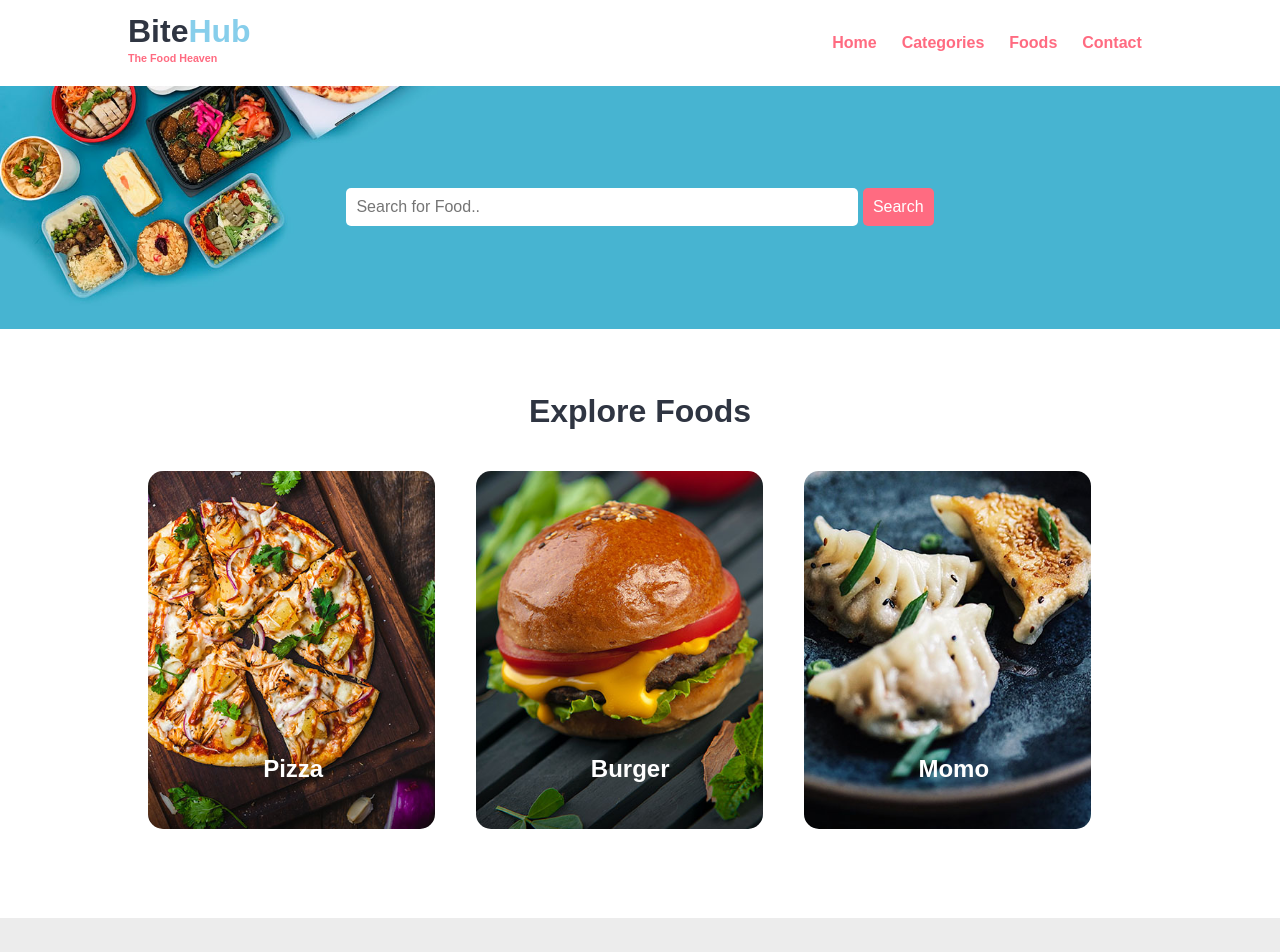
Repository: Saviour-Dagadu/food-order-front
Page: index.html
An editor plug-in stored every save of this project. The page is shown before and after the next save, followed by the edit.
The browser window is 1280 px wide. The pictures show the part of the page from y = 0 to 952 px (the page is 2170 px tall).
A picture or video elsewhere on the page could not be fetched, so the positions and the page height are approximate.

Above is the page before, as saved 2024-05-16 11:17:05.

### index.html
<!DOCTYPE html>
<html lang="en">
<head>
    <meta charset="UTF-8">
    <!-- Important to make website responsive -->
    <meta name="viewport" content="width=device-width, initial-scale=1.0">
    <title>Restaurant Website</title>

    <!-- Link our CSS file -->
    <link rel="stylesheet" href="css/style.css">
</head>

<body>
    <!-- Navbar Section Starts Here -->
    <section class="navbar">
        <div class="container">
            <div class="logo">
                <a href="#" title="Logo">
                    <h2>Bite<span>Hub</span></h2><h6><span>The Food Heaven</span></h6>
                    <!-- <img src="images/logo.png" alt="Restaurant Logo" class="img-responsive"> -->
                </a>
            </div>

            <div class="menu text-right">
                <ul>
                    <li>
                        <a href="index.html">Home</a>
                    </li>
                    <li>
                        <a href="categories.html">Categories</a>
                    </li>
                    <li>
                        <a href="foods.html">Foods</a>
                    </li>
                    <li>
                        <a href="contact.html">Contact</a>
                    </li>
                </ul>
            </div>

            <div class="clearfix"></div>
        </div>
    </section>
    <!-- Navbar Section Ends Here -->

    <!-- fOOD sEARCH Section Starts Here -->
    <section class="food-search text-center">
        <div class="container">

            <form action="underConstruction.html" method="POST">
                <input type="search" name="search" placeholder="Search for Food.." required>
                <input type="submit" name="submit" value="Search" class="btn btn-primary">
            </form>

        </div>
    </section>
    <!-- fOOD sEARCH Section Ends Here -->

    <!-- CAtegories Section Starts Here -->
    <section class="categories">
        <div class="container">
            <h2 class="text-center">Explore Foods</h2>

            <a href="category-foods.html">
            <div class="box-3 float-container">
                <img src="images/pizza.jpg" alt="Pizza" class="img-responsive img-curve">

                <h3 class="float-text text-white">Pizza</h3>
            </div>
            </a>

            <a href="#">
            <div class="box-3 float-container">
                <img src="images/burger.jpg" alt="Burger" class="img-responsive img-curve">

                <h3 class="float-text text-white">Burger</h3>
            </div>
            </a>

            <a href="#">
            <div class="box-3 float-container">
                <img src="images/momo.jpg" alt="Momo" class="img-responsive img-curve">

                <h3 class="float-text text-white">Momo</h3>
            </div>
            </a>

            <div class="clearfix"></div>
        </div>
    </section>
    <!-- Categories Section Ends Here -->

    <!-- fOOD MEnu Section Starts Here -->
    <section class="food-menu">
        <div class="container">
            <h2 class="text-center">Food Menu</h2>

            <div class="food-menu-box">
                <div class="food-menu-img">
                    <img src="images/menu-pizza.jpg" alt="Chicke Hawain Pizza" class="img-responsive img-curve">
                </div>

                <div class="food-menu-desc">
                    <h4>Pizza</h4>
                    <p class="food-price">Ghc 50</p>
                    <p class="food-detail">
                        Made with Italian Sauce, Chicken, and organice vegetables.
                    </p>
                    <br>

                    <a href="order.html" class="btn btn-primary">Order Now</a>
                </div>
            </div>

            <div class="food-menu-box">
                <div class="food-menu-img">
                    <img src="images/menu-burger.jpg" alt="Chicke Hawain Pizza" class="img-responsive img-curve">
                </div>

                <div class="food-menu-desc">
                    <h4>Smoky Burger</h4>
                    <p class="food-price">Ghc 20</p>
                    <p class="food-detail">
                        Made with Italian Sauce, Chicken, and organice vegetables.
                    </p>
                    <br>

                    <a href="order.html" class="btn btn-primary">Order Now</a>
                </div>
            </div>

            <div class="food-menu-box">
                <div class="food-menu-img">
                    <img src="images/menu-burger.jpg" alt="Chicke Hawain Burger" class="img-responsive img-curve">
                </div>

                <div class="food-menu-desc">
                    <h4>Nice Burger</h4>
                    <p class="food-price">Ghc 20</p>
                    <p class="food-detail">
                        Made with Italian Sauce, Chicken, and organize vegetables.
                    </p>
                    <br>

                    <a href="order.html" class="btn btn-primary">Order Now</a>
                </div>
            </div>



            <!-- <div class="food-menu-box">
                <div class="food-menu-img">
                    <img src="images/menu-pizza.jpg" alt="Chicke Hawain Pizza" class="img-responsive img-curve">
                </div>

                <div class="food-menu-desc">
                    <h4>Food Title</h4>
                    <p class="food-price">$2.3</p>
                    <p class="food-detail">
                        Made with Italian Sauce, Chicken, and organice vegetables.
                    </p>
                    <br>

                    <a href="order.html" class="btn btn-primary">Order Now</a>
                </div>
            </div> -->

            <div class="food-menu-box">
                <div class="food-menu-img">
                    <img src="images/menu-momo.jpg" alt="Chicke Hawain Momo" class="img-responsive img-curve">
                </div>

                <div class="food-menu-desc">
                    <h4>Chicken Steam Momo</h4>
                    <p class="food-price">Ghc 50</p>
                    <p class="food-detail">
                        Made with Italian Sauce, Chicken, and organice vegetables.
                    </p>
                    <br>

                    <a href="order.html" class="btn btn-primary">Order Now</a>
                </div>
            </div>


            <div class="clearfix"></div>



        </div>

        <p class="text-center">
            <a href="#">See All Foods</a>
        </p>
    </section>
    <!-- fOOD Menu Section Ends Here -->

    <!-- social Section Starts Here -->
<section class="social">
	<div class="container text-center">
		<ul>
			<li>
				<a href="https://www.facebook.com/saviou/"><img src="https://img.icons8.com/fluent/50/000000/facebook-new.png"/></a>
			</li>
			<li>
				<a href="https://www.instagram.com/saviour_dagadu/"><img src="https://img.icons8.com/fluent/48/000000/instagram-new.png"/></a>
			</li>
			<li>
				<a href="https://twitter.com/savicode"><img src="https://img.icons8.com/fluent/48/000000/twitter.png"/></a>
			</li>
		</ul>
	</div>
</section>
<!-- social Section Ends Here -->

<!-- footer Section Starts Here -->
<section class="footer">
	<div class="container text-center">
		<p>All rights reserved. Designed By <a href="https://saviourdagadu.netlify.app/">@savicode</a></p>
	</div>
</section>
<!-- footer Section Ends Here -->

</body>
</html>

### css/style.css
/*
    Author: Vijay Thapa;
    Theme: Restaurant Food Order;
    version: 1.0;
*/

/* CSS for All */
*{
    margin: 0 0;
    padding: 0 0;
    font-family: Arial, Helvetica, sans-serif;
}
.container{
    width: 80%;
    margin: 0 auto;
    padding: 1%;
}
.img-responsive{
    width: 100%;
}
.img-curve{
    border-radius: 15px;
}

.text-right{
    text-align: right;
}
.text-center{
    text-align: center;
}
.text-left{
    text-align: left;
}
.text-white{
    color: white;
}

.clearfix{
    clear: both;
    float: none;
}

a{
    color: #ff6b81;
    text-decoration: none;
}
a:hover{
    color: #ff4757;
}

.btn{
    padding: 1%;
    border: none;
    font-size: 1rem;
    border-radius: 5px;
}
.btn-primary{
    background-color: #ff6b81;
    color: white;
    cursor: pointer;
}
.btn-primary:hover{
    color: white;
    background-color: #ff4757;
}
h2{
    color: #2f3542;
    font-size: 2rem;
    margin-bottom: 2%;
}
h3{
    font-size: 1.5rem;
}
.float-container{
    position: relative;
}
.float-text{
    position: absolute;
    bottom: 50px;
    left: 40%;
}
fieldset{
    border: 1px solid white;
    margin: 5%;
    padding: 3%;
    border-radius: 5px;
}


/* CSSS for navbar section */

.logo{
    width: 10%;
    float: left;
}
.logo h2 span{
    color: skyblue;
    font-size: xx-large;
}
.menu{
    line-height: 60px;
}
.menu ul{
    list-style-type: none;
}

.menu ul li{
    display: inline;
    padding: 1%;
    font-weight: bold;
}


/* CSS for Food SEarch Section */

.food-search{
    background-image: url(../images/bg.jpg);
    background-size: cover;
    background-repeat: no-repeat;
    background-position: center;
    padding: 7% 0;
}

.food-search input[type="search"]{
    width: 50%;
    padding: 1%;
    font-size: 1rem;
    border: none;
    border-radius: 5px;
}


/* CSS for Categories */
.categories{
    padding: 4% 0;
}

.box-3{
    width: 28%;
    float: left;
    margin: 2%;
}


/* CSS for Food Menu */
.food-menu{
    background-color: #ececec;
    padding: 4% 0;
}
.food-menu-box{
    width: 43%;
    margin: 1%;
    padding: 2%;
    float: left;
    background-color: white;
    border-radius: 15px;
}

.food-menu-img{
    width: 20%;
    float: left;
}

.food-menu-desc{
    width: 70%;
    float: left;
    margin-left: 8%;
}

.food-price{
    font-size: 1.2rem;
    margin: 2% 0;
}
.food-detail{
    font-size: 1rem;
    color: #747d8c;
}


/* CSS for Social */
.social ul{
    list-style-type: none;
}
.social ul li{
    display: inline;
    padding: 1%;
}

/* for Order Section */
.order{
    width: 50%;
    margin: 0 auto;
}
.input-responsive{
    width: 96%;
    padding: 1%;
    margin-bottom: 3%;
    border: none;
    border-radius: 5px;
    font-size: 1rem;
}
.order-label{
    margin-bottom: 1%;
    font-weight: bold;
}

/* Contact Section*/

#info{
    padding: 30px 0;
}

#info .container{
     display: flex;
}

#info .info{
    width: 28%;
    height: 300px;
    border-radius: 10px;
    overflow: hidden;

}

#info .info-text{
    border: 1px solid lightgray;
    padding: 10px;
}

#info .info-text h4{
    margin: 5px;
}

#info .info-text .info-text-call{
    margin-bottom: 20px;
}

#info .info-image{
margin-right: 10px;
overflow: hidden;
box-shadow: 0 0 5px #333;
transform: scale (1.04);
transition: all .4s ease-in-out;
}

#info .info-image:hover{
transform: translateY(-15px) scale(1.1);
box-shadow: 0 0 10px #333;
}
#info .info-image img{
max-width: 100%;
height: auto
}

#info .info-image:hover .info-image img{
opacity: 1;
}

       /* message Section */
#message{
    padding: 30px 0;
    background-color: lightgray;
}

#message .message-top{
    text-align: center;
    margin-bottom: 20px;
}

#message .message-top h3{
    text-transform: uppercase;
    margin: 0;
}

#message .message-top h3::after{
    content: "";
    display: block;
    width: 50px;
    height: 3px;
    background-color: gray;
    margin: 10px auto 0;
}

#message .message-bottom{
    color: black;
}

#message .message-bottom label{
    display: block;
    font-size: 17px;
    font-weight: 500;
    margin-bottom: 5px;
}

#message .message-bottom .form-group{
    margin-bottom: 10px;
}

#message .message-bottom .input{
    display: block;
    height: 40px;
    border-radius: 5px;
    border: 1px solid brown;
    padding-left: 10px;
    padding-right: 10px;
    width: 100%;
    font-size: 15px;
    font-family: 'Segoe UI', Tahoma, Geneva, Verdana, Sans-serif;
}

#message .message-bottom input,
#message .message-bottom textarea,
#message .message-bottom button{
    outline: none;
}

#message  textarea{
    width: 100%;
    height: 200px;
    border-radius: 5px;
    border: 1px solid brown;
    background-color: white;
    padding: 5px 10px;
    font: 15px 'Segoe UI', Tahoma, Geneva, Verdana, Sans-serif;
}

#message .message-bottom .btn{
    padding: 10px 20px;
    background-color: brown;
    text-transform: uppercase;
    font: 15px 'Segoe UI', Tahoma, Geneva, Verdana, Sans-serif;
    border: none;
    border-radius: 5px;
    font-weight: 500;
    color: #fff;
    cursor: pointer;
}


/* CSS for Mobile Size or Smaller Screen */

@media only screen and (max-width:768px){
    .logo{
        width: 80%;
        float: none;
        margin: 1% auto;
    }

    .menu ul{
        text-align: center;
    }

    .food-search input[type="search"]{
        width: 90%;
        padding: 2%;
        margin-bottom: 3%;
    }

    .btn{
        width: 91%;
        padding: 2%;
    }

    .food-search{
        padding: 10% 0;
    }

    .categories{
        padding: 20% 0;
    }
    h2{
        margin-bottom: 10%;
    }
    .box-3{
        width: 100%;
        margin: 4% auto;
    }

    .food-menu{
        padding: 20% 0;
    }

    .food-menu-box{
        width: 90%;
        padding: 5%;
        margin-bottom: 5%;
    }
    .social{
        padding: 5% 0;
    }
    .order{
        width: 100%;
    }
}

After the next save:
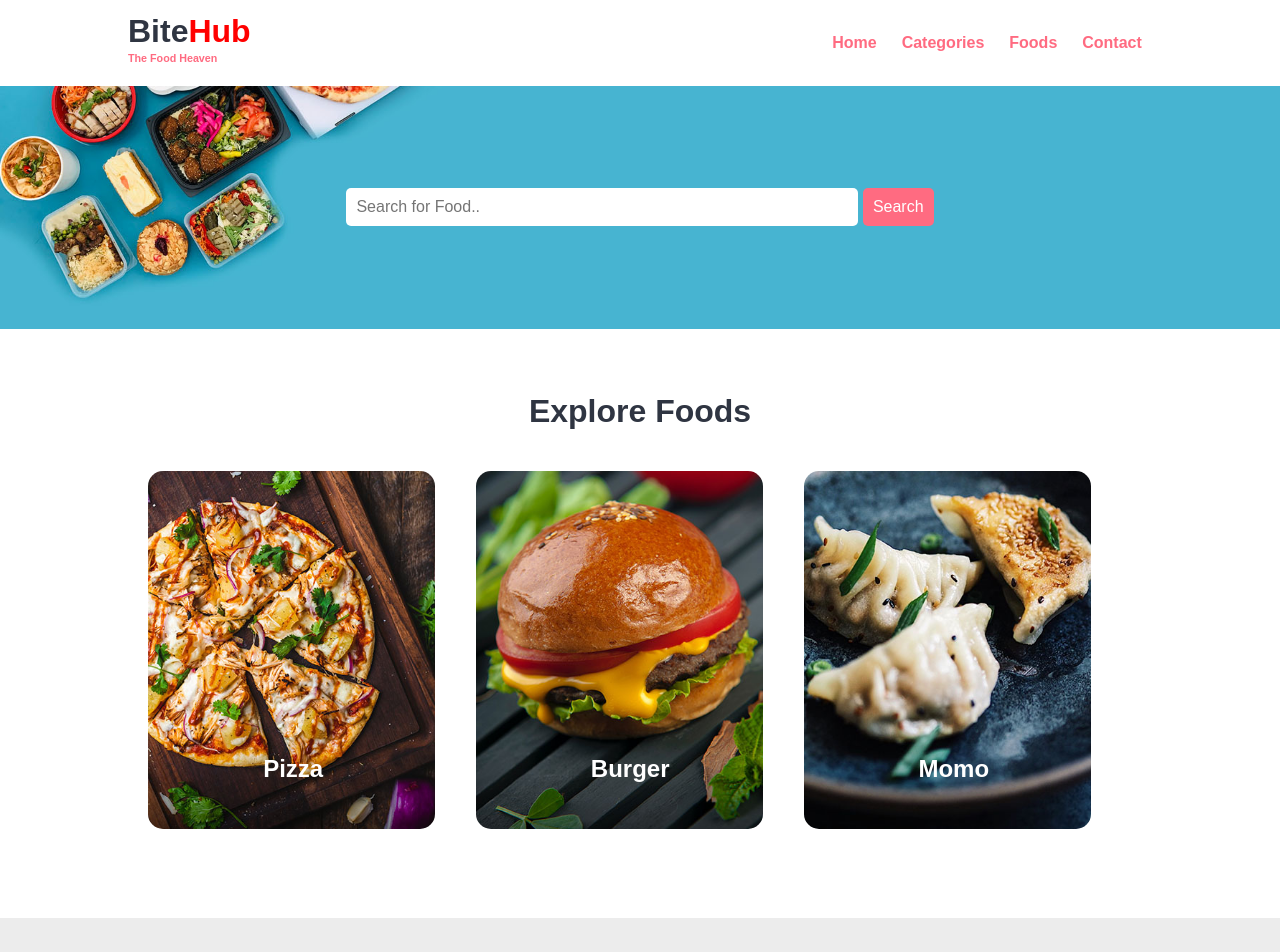
Saved 33 s later.
--- a/css/style.css
+++ b/css/style.css
@@ -94,7 +94,7 @@ fieldset{
     float: left;
 }
 .logo h2 span{
-    color: skyblue;
+    color: red;
     font-size: xx-large;
 }
 .menu{
